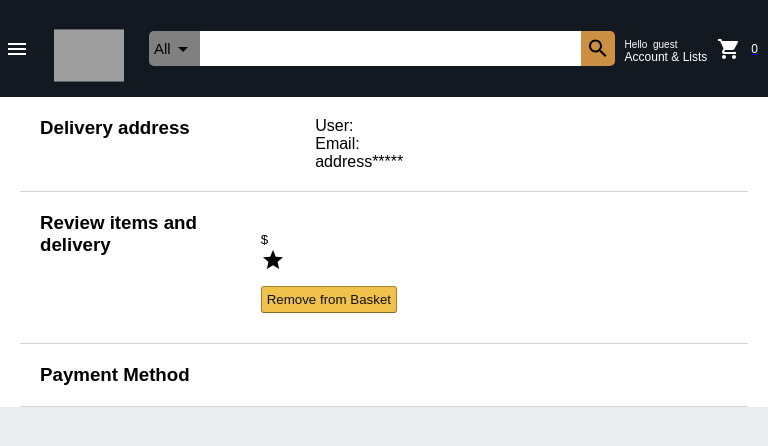
Repository: pinocoding/my-amazon-app
Page: /payment
These files come from the project's save history. The page is drawn as it stood at one moment and after the next save; the edit follows.
The browser window is 768 px wide. The pictures show the whole page.
Pictures or frames that could not be fetched are drawn as grey boxes. The page's requests for data from a server got no answer. Some web fonts or font styles are not loaded; a fallback is used. The project was rebuilt for these pictures with package versions that can differ from the ones it lists, and the page was loaded fresh each time. No one was signed in, and anything a server would have sent is missing. Also part of the build but not shown: src/components/Admin/admin.css, src/components/Admin/Admin.js, src/components/AuthForm/AuthStyle.css, src/components/AuthForm/AuthForm.js, src/components/Pagination/Paginationbutton.js, src/components/Products/IndividualProduct.js, src/components/Products/Product.css, src/components/Products/ProductCard.js and 30 more.

Above is the page before, as saved 2022-07-29 15:17:35.

### src/index.js
import React from "react";
import { BrowserRouter as Router } from "react-router-dom";
import ReactDOM from "react-dom/client";
import "./index.css";
import App from "./view/App";
import reportWebVitals from "./reportWebVitals";
import reducer, { initialState } from "./components/DataLayer/reducer";
import { StateProvider } from "./components/DataLayer/Datalayer";
import { AuthProvider } from "./components/DataLayer/Datalayer";

const root = ReactDOM.createRoot(document.getElementById("root"));
root.render(
  <Router>
    <React.StrictMode>
      <StateProvider initialState={initialState} reducer={reducer}>
        <AuthProvider>
          <App />
        </AuthProvider>
      </StateProvider>
    </React.StrictMode>
  </Router>
);

// If you want to start measuring performance in your app, pass a function
// to log results (for example: reportWebVitals(console.log))
// or send to an analytics endpoint. Learn more: https://bit.ly/CRA-vitals
reportWebVitals();

### src/index.css
@import url('http://fonts.cdnfonts.com/css/amazon-ember');
* {
  font-family: 'Amazon Ember', sans-serif;
  margin: 0;
  padding:0;
  /* max-width: 100%; */


 }

### src/view/App.js
import { BrowserRouter as Router, Routes, Route } from "react-router-dom";

import React, { useContext } from "react";
import { AuthContext } from "../components/DataLayer/Datalayer";

// --layoutComponent--
//

import Admin from "../components/Admin/Admin";
//
import AuthForm from "../components/AuthForm/AuthForm";
import "./App.css";
import HealthPersonalCare from "../components/Products/HealthPersonalCare/HealthPersonalCare";
import Header from "../components/Header/Header";
import Home from "../components/Home/Home";
import Checkout from "../components/CheckOut/Checkout";
import Login from "../components/AuthForm/Login";
import SignIn from "../components/AuthForm/SignIn";
import BookStores from "../components/Products/BookStores/BookStores";
import HeadSets from "../components/Products/Gaming accessories/HeadSets";
import ComputersAccessories from "../components/Products/ShopByCategory/ComputersAccessories";
import Dresses from "../components/Products/Dresses/Dresses";
import Chairs from "../components/Products/Gaming accessories/Chairs";
import KeyBoards from "../components/Products/Gaming accessories/KeyBoards";
import Mouses from "../components/Products/Gaming accessories/Mouses";
import IndividualPage from "../components/Products/IndividualPage";
import GamingAccess from "../components/Products/Gaming accessories/GamingAccess";
import Footer from "../components/Footer/Footer";
import Payment from "../components/Payment/Payment";
import BeautyPicks from "../components/Products/BeautyPicks/BeautyPick";
import DealOfTheDay from "../components/Products/DealOfTheDay/DealOfTheDay";

// --layoutComponent--

function App() {
  return (
    <div className="App">
      <Routes>
        <Route
          // ---home---
          path="/"
          element={
            <>
              <Header />
              <Home />
              <Footer />
            </>
          }
        />

        {/* ------Login----- */}
        <Route path="/login" element={<Login />} />
        <Route
          path="/SignIn"
          element={
            // <RequireAuth>
            <SignIn />
            // </RequireAuth>
          }
        />
        <Route path="/CreateAccount" element={<AuthForm />} />
        {/* ---//---- */}
        {/* ------Checkout---- */}
        <Route
          path="/checkout"
          element={
            <>
              <Header />
              <Checkout />
            </>
          }
        />
        {/*  */}
        {/*  */}
        <Route
          path="/payment"
          element={
            <>
              <Header />
              <Payment />
            </>
          }
        />
        {/*  */}
        <Route
          path="/GamingAccess"
          element={
            <>
              <Header />
              <GamingAccess />
            </>
          }
        />
        <Route
          path="/headsets"
          element={
            <>
              <Header />
              <HeadSets />
            </>
          }
        />
        <Route
          path="/keyboards"
          element={
            <>
              <Header />
              <KeyBoards />
            </>
          }
        />
        <Route
          path="/Mouses"
          element={
            <>
              <Header />
              <Mouses />
            </>
          }
        />
        <Route
          path="/Chairs"
          element={
            <>
              <Header />
              <Chairs />
            </>
          }
        />

        <Route
          path="/IndividualPage"
          element={
            <>
              <Header />
              <IndividualPage />
            </>
          }
        />
        <Route
          path="/ComputersAccessories"
          element={
            <>
              <Header />
              <ComputersAccessories />
            </>
          }
        />
        <Route
          path="/ComputersAccessories"
          element={
            <>
              <Header />
              <ComputersAccessories />
            </>
          }
        />
        <Route
          path="/BeautyPicks"
          element={
            <>
              <Header />
              <BeautyPicks />
            </>
          }
        />

        <Route
          path="/Dresses"
          element={
            <>
              <Header />
              <Dresses />
            </>
          }
        />
        <Route
          path="/HealthPersonalCare"
          element={
            <>
              <Header />
              <HealthPersonalCare />
            </>
          }
        />
        <Route
          path="/DealOfTheDay"
          element={
            <>
              <Header />
              <DealOfTheDay />
            </>
          }
        />
        <Route
          path="/BookStores"
          element={
            <>
              <Header />
              <BookStores />
            </>
          }
        />
        <Route
          path="/Admin"
          element={
            <>
              <Admin />
            </>
          }
        />
      </Routes>
    </div>
  );
}

export default App;

### src/components/DataLayer/reducer.js
export const initialState = {
  itembox:
    localStorage.getItem("item") == null
      ? []
      : JSON.parse(localStorage.getItem("item")),
};

const reducer = (state, action) => {
  switch (action.type) {
    case "ADD_TO_XBOX":
      return {
        itembox: [action.item],
      };

    default:
      return state;
  }
};

//
export default reducer;

### src/view/App.css
* {
  margin: 0;
  padding: 0;

}
body {
  background-color: rgb(234, 237, 237);
  font-family:'Segoe UI', Tahoma, Geneva, Verdana, sans-serif
}

### src/components/Header/Header.js
import React, { useContext } from "react";
import SearchIcon from "@mui/icons-material/Search";
import ShoppingCartIcon from "@mui/icons-material/ShoppingCart";
import { Link } from "react-router-dom";
import MenuIcon from "@mui/icons-material/Menu";
import LocationOnIcon from "@mui/icons-material/LocationOn";
import ArrowDropDownIcon from "@mui/icons-material/ArrowDropDown";
import { AuthContext } from "../DataLayer/Datalayer";

import "./Header.css";

function Header() {
  const context = useContext(AuthContext);
  const currentUser = context.currentUser;
  const handleLogOut = context.handleLogOut;
  const isActive = context.isActive;
  const setIsActive = context.setIsActive;
  const totalQty = context.totalQty;

  const userCartProduct = context.userCartProduct;

  const handlemouseover = () => {
    setIsActive(true);
  };

  const handlemouseout = () => {
    setIsActive(false);
  };

  return (
    <div>
      <div className="header">
        <MenuIcon className="header__menu" />
        <div className={isActive ? "Header__Overlay" : null}></div>

        <Link to="/">
          <img
            className="header__logo"
            src="https://www.nicepng.com/png/full/16-167642_amazon-logo-amazon-logo-white-text.png"
            alt=""
          />
        </Link>
        <div className="header__option header__address">
          <span className="header__addressIcon">
            <LocationOnIcon />
          </span>

          <div className="header__addressLine">
            <span className="header__optionLineOne">Hello Guest</span>
            <span className="header__optionLineTwo">Select your address</span>
          </div>
        </div>
        <div className="header__search">
          <div className="header__searchOption">
            All
            <ArrowDropDownIcon className="header__searchOptionIcon" />
          </div>
          <input type="text" className="header__searchInput" />

          <SearchIcon className="header__searchIcon" />
        </div>
        <div className="header__nav">
          <div
            className="header__option  "
            onMouseOver={handlemouseover}
            onMouseLeave={handlemouseout}
          >
            <div className="header__optionLineTwo header__optionLanguages">
              <img
                className="header__optionLanguagesimg "
                src="https://upload.wikimedia.org/wikipedia/commons/thumb/e/e2/Flag_of_the_United_States_%28Pantone%29.svg/1920px-Flag_of_the_United_States_%28Pantone%29.svg.png"
                alt="#"
              />
              <ArrowDropDownIcon className="header__optionLineTwoDropDownIcon" />
            </div>
          </div>
          <div className="header__option header__optionDropDown">
            <Link
              to="/login"
              onMouseOver={handlemouseover}
              onMouseLeave={handlemouseout}
              style={{ textDecoration: "none", color: "white" }}
            >
              <div className="Header__optionLine">
                <div className="header__optionLineOne">
                  <span>
                    Hello &nbsp;
                    <span>{currentUser ? currentUser : "guest"}</span>
                  </span>
                </div>

                <div className="header__optionLineTwo">
                  <p>Account & Lists</p>
                  <div>
                    <ArrowDropDownIcon className="header__optionLineTwoDropDownIcon" />
                  </div>
                </div>
              </div>
            </Link>
            <div
              className="Header__dropdowncontent"
              onMouseOver={handlemouseover}
              onMouseLeave={handlemouseout}
            >
              <div className="Header__dropdowntop">
                <div className="Header__dropdowntopcontent ">
                  <Link to={!currentUser && "/login"}>
                    <button
                      className="Header__dropdownbtn"
                      onClick={handleLogOut}
                    >
                      {currentUser ? "Sign Out" : "Sign In"}
                    </button>
                  </Link>
                  {currentUser ? (
                    ""
                  ) : (
                    <p>
                      New Costomer?
                      <Link to="/CreateAccount">
                        <span
                          onMouseOver={handlemouseover}
                          onMouseLeave={handlemouseout}
                        >
                          Start Here
                        </span>
                      </Link>
                    </p>
                  )}
                </div>
              </div>
              <div className="Header__dropdownbottom">
                <div className="Header__dropdownLeft">
                  <div className="Header__dropdowncontentLeft">
                    <p>Your List</p>
                    <ul>
                      <Link
                        style={{ color: "black", textDecoration: "none" }}
                        to={currentUser ? "/checkout" : "/login"}
                      >
                        <li>Your Lists</li>
                      </Link>

                      <li>Create a List</li>
                      <li>Find a List or Registry</li>
                      <li>AmazonSmile Charity Lists</li>
                    </ul>
                  </div>
                </div>
                <div className="Header__dropdownRight">
                  <div className="Header__dropdowncontentRight">
                    <p>Your Account</p>
                    <ul>
                      <li>Your Account</li>
                      <li>Account</li>
                      <li>Orders</li>
                      <li>Recommendations</li>
                      <li>Browsing History</li>
                    </ul>
                  </div>
                </div>
              </div>
            </div>
          </div>

          <div className="header__option">
            <span className="header__optionLineOne">Return</span>
            <span className="header__optionLineTwo">& Orders</span>
          </div>
        </div>
        <Link to="/checkout">
          {currentUser && userCartProduct.length > 0 ? (
            <div
              style={{ color: "orange", fontWeight: "600" }}
              className="header__optionBasket"
            >
              <ShoppingCartIcon />
              <span className="header__optionLineTwo header__basketCount">
                <span>{totalQty}</span>
              </span>
            </div>
          ) : (
            <div className="header__optionBasket">
              <ShoppingCartIcon />
              <span className="header__optionLineTwo header__basketCount">
                <span>0</span>
              </span>
            </div>
          )}
        </Link>
      </div>
    </div>
  );
}

export default Header;

### src/components/Payment/Payment.js
import React, { useContext } from "react";
import { Link } from "react-router-dom";
import "./Payment.css";
import { AuthContext } from "../DataLayer/Datalayer";
import CheckoutProduct from "../CheckOut/CheckoutProduct";

function Payment() {
  const context = useContext(AuthContext);
  const totalQty = context.totalQty;
  const currentUserEmail = context.currentUserEmail;
  const currentUser = context.currentUser;
  const userCartProduct = context.userCartProduct;
  // console.log(userCartProduct);
  return (
    <div className="payment">
      <div className="payment__container">
        <h1>
          Checkout(<Link to="/checkout">{totalQty}-item</Link>)
        </h1>
        <div className="payment__section">
          <div className="payment__title">
            <h3>Delivery address </h3>
          </div>
          <div className="payment__address">
            <p>User: {currentUser}</p>
            <p>Email: {currentUserEmail}</p>
            <p>address*****</p>
          </div>
        </div>
        <div className="payment__section">
          <div className="payment__title">
            <h3>Review items and delivery</h3>
          </div>
          <div className="payment__items">
            {/*  */}
            <CheckoutProduct userCartProduct={userCartProduct} />
            {/*  */}
          </div>
        </div>
        <div className="payment__section">
          <div className="payment__title">
            <h3>Payment Method</h3>
          </div>
          <div className="payment__details">{/* stripe */}</div>
        </div>
      </div>
    </div>
  );
}

export default Payment;

### src/components/firebase.js
import firebase from "firebase/compat/app";
import { initializeApp } from "firebase/app";
import { getFirestore } from "@firebase/firestore";
import "firebase/compat/auth";
import "firebase/compat/firestore";

const firebaseConfig = {
  apiKey: "AIzaSyDSsSfTzfi4wwRJrzuBzJH7Gs42OIcsnD8",
  authDomain: "my-b1f0c.firebaseapp.com",
  projectId: "my-b1f0c",
  storageBucket: "my-b1f0c.appspot.com",
  messagingSenderId: "605762731094",
  appId: "1:605762731094:web:ea10d7d9c8eb9a88c24ff7",
  measurementId: "G-770JMZ0X86",
};
// Initialize Firebase

const firebaseApp = firebase.initializeApp(firebaseConfig);
const fs = firebase.firestore();
const app = initializeApp(firebaseConfig);
const auth = firebase.auth();
const db = getFirestore(app);
// const storage = firebase.storage();
export { db, auth, fs };

### src/components/Header/Header.css
.header {


width: 100%;
max-width: 100%;
display: flex;
align-items: center;
background-color: #131921;
position: fixed;
top: 0;
/* right: 0; */
z-index: 100;

}
.header__logo {
  width: 100px;
  object-fit: contain;
  margin: 0 10px;
  margin-top: 18px;
}
.header__menu {
  display: none;
}
.header__search {
  display:  flex;
  flex: 1;
  align-items: center;
/*  */

}
.header__searchOption  {
  color:black;
  font-size: 15px;
  display: flex;
  justify-content: center;
  align-items: center;
  height: 15px;
  padding: 10px 5px 10px;
  background-color:gray;
  border-radius: 5px 0 0 5px;
}

.header__searchInput {
  height: 15px;
  padding: 10px;
  border: none;
  width: 100%;
}
.header__searchIcon {
  padding: 5px;
  height: 25px !important;
  background-color: #cd9042;
  border-radius: 0 5px 5px 0;
}
.header__option {
  display:flex;
  flex-direction: column;
  justify-content: center;
  margin-right: 10px;
  margin-left: 10px;
  color:white;
  position:relative;
}
.header__option:hover {
  cursor: pointer;
}
.header__option::after {
  content: ' ';
  position: absolute;
  z-index: -1;
  width: 110%;
  height:110%;
  left:-10%;
  bottom: -1%;
}



.header__nav {
  display: flex;

  justify-content: space-evenly;
  padding-top: 10px;
  ;
  padding-bottom: 5px;
}
.header__optionLineOne {
  font-size: 12px;
}
.header__optionLineTwo {
display: flex;
font-size: 15px;
}
.header__optionLineTwoDropDownIcon {
  font-size: 20px! important;
}


.header__optionBasket {
color: white;
display: flex;
align-items: center;
font-size: 30px;
}
.header__basketCount {
  margin-left:10px;
  margin-right: 10px;
}
.header__optionLanguages {
  padding-top: 10px;

  width: 30px;

  margin-right: 15px;
  margin-bottom: px;
}


.header__optionLanguagesimg {
  width: 100%;
object-fit: contain;

}
.header__address {
  display: flex;
  flex-direction: row;
  padding-bottom: 10px;

}
.header__addressIcon {
  margin-top: 10px;
}
.Header__Overlay {
  position: fixed ;
  top: 0 ;
  left: 0;
  right:0;
  bottom: 0;
  z-index: -2;
  background-color: rgba(0, 0, 0, 0.3);
transition:linear 0.2s ;
}
.header__optionDropDown {
  position: relative;
  display: inline-block;
}

.header__optionDropDown::after {
  content: "";
  position: absolute;
  background-color: transparent;
  z-index: 2;
  top: 20px;
  left: 0;
}
.Header__dropdowncontent {
  display:none;
  position: absolute;
  background-color: #f9f9f9;
  width: 400px;
  border-radius: 5px;
  margin-top: 5px;
  left: -150%;
  box-shadow: 0px 8px 16px 0px rgba(0,0,0,0.2);
  z-index: 1;
  padding:15px
}
.Header__dropdown-content .Header__dropdownbutn {
  color: black;
  padding: 12px 16px;
  text-decoration: none;
  display: block;
}
.Header__dropdowntopcontent > p {
  color : black;
  font-size: 10px;
  padding-top: 10px;
}
.Header__dropdowntopcontent > p >a {
  text-decoration: none;
}
.header__optionDropDown:hover .Header__dropdowncontent {
  display: block;
}

.Header__dropdowntop {
  display: flex;
  justify-content: center;
  text-align: center;
  padding: 20px;
  border-bottom: 1px solid #e7e7e7;
  transition: linear 0.2s;
}
.Header__dropdowntop .Header__dropdownbtn {
  padding: 5px 50px;
  border-radius:3px;
  background:#f0c14b;
border: none;
}
.Header__dropdownbottom {
  margin-top: 10px;

  display: flex;
  flex-direction: row;
  justify-content:flex-start;

  color  :black;
}
.Header__dropdownLeft {

  width: 50%;
  border-right: 1px solid #e7e7e7;

}
.Header__dropdownRight {
  width: 50%;


}
.Header__dropdowncontentLeft >p {
  padding-left: 20px;
  font-weight: 500;

}
.Header__dropdowncontentRight > p{
  padding-left: 20px;
  font-weight: 500;
}
.Header__dropdowncontentLeft >ul {
  font-size: 10px;
  padding-left: 20px;
  text-decoration: none;
  line-height: 1.5;

  list-style-type: none;
}
.Header__dropdowncontentRight >ul  {
font-size: 10px;
  padding-left: 20px;
  text-decoration: none;
  line-height:2;
  list-style-type: none;
}
@media only screen and (max-width: 768px)   {
  /* .header {
    display: block;
  } */

  .header__address {
    display: none;
  }
  .header__menu {

    margin-left: 5px;
    color:white;
  }
  .header__nav .header__option:first-child {
    display: none;

  }

  .header__optionLineOne {
    font-size: 10px;
  }
  .header__optionLineTwo {
    font-size: 12px;
  }
  .header__nav .header__option:last-child {
    display: none;
  }
  .header__nav .header__optionLineTwoDropDownIcon {
    display:none;

  }
  .header__logo {
    transform: scale(0.7);
  }


 .header__searchInput {
    width: 100%;

  }
  /* .header__search {

    display:block;


} */



}

### src/components/CheckOut/CheckoutProduct.js
import React from "react";
import StarIcon from "@mui/icons-material/Star";
import { useStateValue } from"../DataLayer/Datalayer";
import "./CheckoutProduct.css";

function CheckoutProduct({ id, title, image, price, rating }) {
  const [{ basket }, dispatch] = useStateValue();
  const removeFromBasket = () => {
    // removeFromBasket
    dispatch({
      type: "REMOVE_FROM_BASKET",
      id: id,
    });
  };
  return (
    <div className="checkoutProduct">
      <img className="checkoutProduct__image" src={image} alt="" />
      <div className="checkoutProduct__info">
        <p className="checkoutProduct__title">{title}</p>
        <p className="checkoutProduct__price">
          <small>$</small>
          <strong>{price}</strong>
        </p>
        <div className="checkoutProduct__rating">
          {/* đếm sao   */}
          {Array(rating)
            .fill()
            .map((_, i) => (
              <p>
                <StarIcon />
              </p>
            ))}
        </div>
        <button onClick={removeFromBasket}>Remove from Basket</button>
      </div>
    </div>
  );
}

export default CheckoutProduct;

### src/components/Payment/Payment.css
.payment {
  width: 100%;
  margin: 60px 0;
  background-color: white;

}
.payment__container > h1 {

  text-align: center;

}
.payment h1 a {
  text-decoration: none;
}
.payment__section {
  display: flex;
  padding:20px;
  margin: 0 20px;
  border-bottom: 1px solid lightgray;
}
.payment__title  {
  flex:0.4;
}
.payment__address {
  flex: 0.6;
}

### src/components/CardLayout/Card.css

.cardone{
 display: flex;
 flex-direction: column;
 background-color: white;


 justify-content: flex-end;
 margin:10px;
 width: 100%;
 max-width: 100%;
 max-height: 500px;
 min-height: 100px;
 z-index: 1;
 padding: 10px 30px;
 text-align: left;
}

.cardone  .cardone__img {
  max-height: 380px;
  width: 100%;
  object-fit: fill;
  transition: transform .5s ease;

}
.cardone:hover  .cardone__img {

  transform: scale(1.05);
cursor: pointer;

}
.cardone__title{
font-size: 20px;
font-weight: 600;
margin: 20px 0;
}

.cardone > a {
font-size: 15px;
color:cadetblue;
margin-top: 10px;
margin-bottom: 10px;
cursor: pointer;
}
a:hover {
text-decoration: underline;
}
/* card2 */
.cardtwo{
  background-color: white;
  margin:10px;
  width: 100%;

  max-height: 500px;
  min-height: 100px;
  padding: 10px 10px;
  z-index: 1;

 }
.cardtwo__title  {
  font-size: 20px;
  font-weight: 600;
  margin: 20px 0;

  }


.cardtwo__uibody  {
  display: grid;

  grid-template-columns: auto auto;
  padding: 10px;
  gap : 20px;
  margin-bottom: 40px;
}


 .cardtwo__uibody__cell {
width: 100%;

}
.cardtwo__uibody__cell > a {
  display: inline-block;
}
.cardtwo__uibody__cell a > img {
  object-fit:contain;

  width: 100%;
  height: 130px;
}
.cardtwo__uibody__cell > p {

  font-size: 13px;
}
.cardtwo > a {
  font-size: 15px;
  color:cadetblue;
  text-decoration: none;

  cursor: pointer;
  }

  a:hover {
  text-decoration: underline;
  }

.cardthree{
  background-color: transparent;
 margin:10px;
  width: 100%;
  max-width: 400px;
  max-height: 500px;
  min-height: 100px;
  z-index: 1;

  text-align: center;
  justify-content: center;

 }
.cardthree__infoup {
  width: 100%;
  padding: 10px 0;
  background-color: white;
  margin-bottom: 30px;


}
.cardthree__infoup h3 {
margin-top : 5px;
margin-bottom: 30px
}
.cardthree__infoup button {
  /* outline: none; */
  border: none;
padding: 8px 60px;
font-size: 20px;
border-radius:10px;
margin-bottom: 30px;
background-color:#f0c14b;
}

.carthree__infoimg > img  {
  width: 80%;
  min-height: 330px;
  object-fit: fill;

}

/* ------//------ */

@media only screen and (max-width: 768px) {

  .cardone {

  }

  .cardtwo {
    margin:10px 10px;
    padding: 10px 10px;


  }


}

### src/components/CheckOut/CheckoutProduct.css
.checkoutProduct button{
  background-color: #f0c14b;
  padding: 5px 5px;
 border-radius: 3px;
 border: 1px solid;
 margin-top: 10px;
 margin-bottom: 10px;
 border-color: #a88734 #9c7e31 #846a27;
 color: #111;
 cursor: pointer;

}
.checkoutProduct__rating {
  display: flex;
}

Loaded but not shown: public/index.html (common file); src/reportWebVitals.js (common file); src/components/DataLayer/Datalayer.js (361 lines, source omitted)

After the next save:
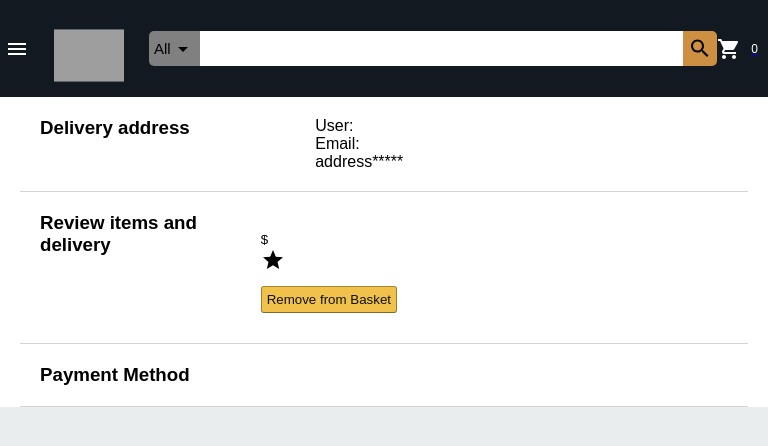
Saved 110 s later.
--- a/src/components/Header/Header.css
+++ b/src/components/Header/Header.css
@@ -268,7 +268,7 @@ font-size: 10px;
   .header__nav .header__option:last-child {
     display: none;
   }
-  .header__nav .header__optionLineTwoDropDownIcon {
+  .header__nav {
     display:none;
 
   }
